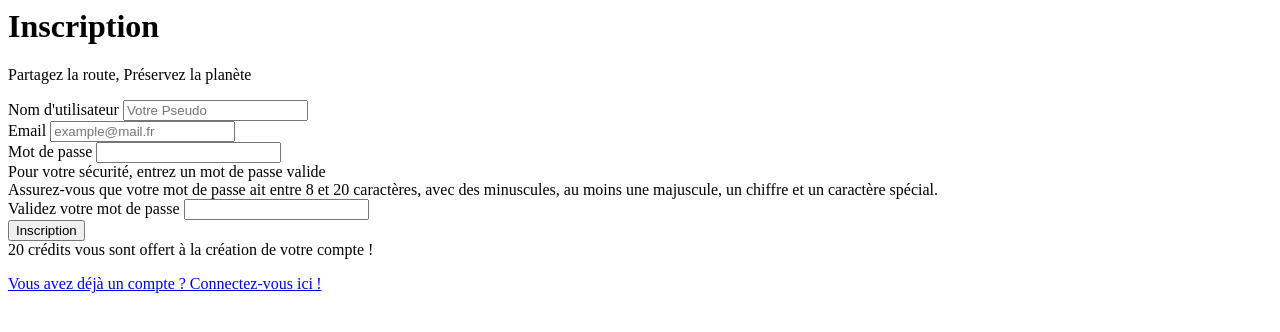
Repository: lemonhao9/ECF
Page: pages/auth/signup.html
These files come from the project's save history. The page is drawn as it stood at one moment and after the next save; the edit follows.
The browser window is 1280 px wide. The pictures show the whole page.

Above is the page before, as saved 2025-02-13 12:44:45.

After the next save:
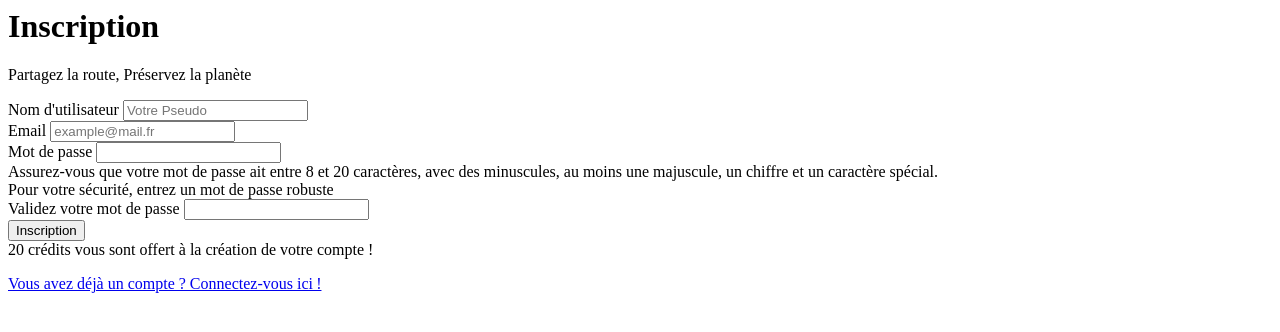
Saved 106 s later.
--- a/pages/auth/signup.html
+++ b/pages/auth/signup.html
@@ -19,10 +19,10 @@
           <label for="PasswordInput" class="form-label">Mot de passe</label>
           <input type="password" class="form-control" id="PasswordInput" name="Password" aria-describedby="passwordHelpBlock">
           <div class="invalid-feedback">
-            Pour votre sécurité, entrez un mot de passe valide
+            Assurez-vous que votre mot de passe ait entre 8 et 20 caractères, avec des minuscules, au moins une majuscule, un chiffre et un caractère spécial.
           </div>
           <div id="passwordHelpBlock" class="form-text">
-            Assurez-vous que votre mot de passe ait entre 8 et 20 caractères, avec des minuscules, au moins une majuscule, un chiffre et un caractère spécial.
+ Pour votre sécurité, entrez un mot de passe robuste
           </div>
         </div>
         <div class="mb-3">
